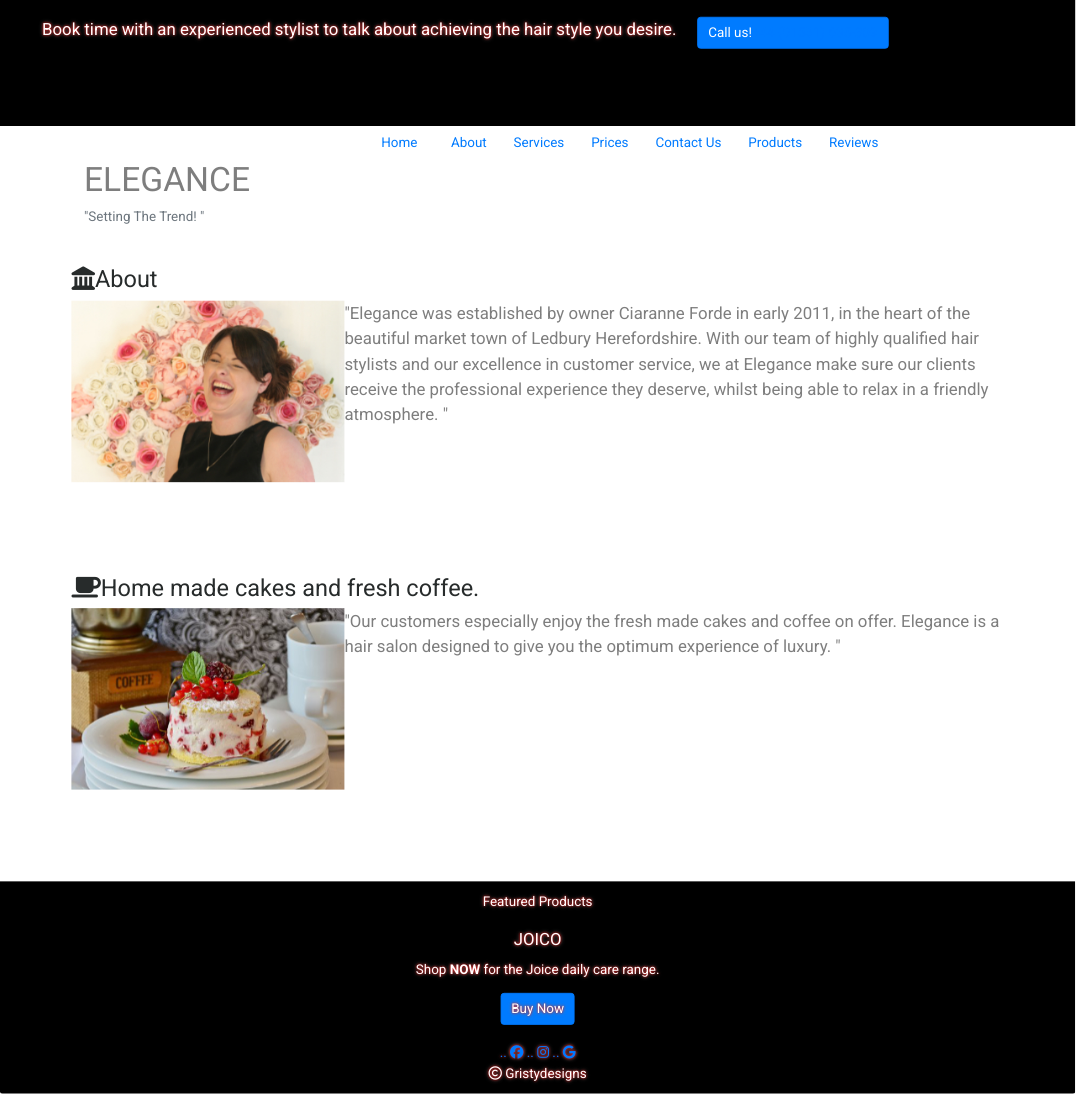
Repository: Gristydesigns/elegance-salon
Page: about.html
The author's editor kept a record of every edit. The page is drawn from the files as they stood at one moment, then again after the next edit.
The browser window is 1280 px wide. The page is 1295 px wide, so the pictures cover 1295 px, including what lies to the right of the window. The pictures show the whole page, at 84% of full size.
Some web libraries are served in a nearby version.

Above is the page before.
Console error: TypeError: Cannot read properties of undefined (reading 'fn')

### about.html
<!--About page------------------------->
<!DOCTYPE html>
<html lang="en">
<!--Head------------------------->

<head>
    <meta charset="UTF-8">
    <meta name="viewport" content="width=device-width, initial-scale=1.0">
    <meta http-equiv="X-UA-Compatible" content="ie=edge">
    <link rel="stylesheet" href="https://stackpath.bootstrapcdn.com/bootstrap/4.3.1/css/bootstrap.min.css" integrity="sha384-ggOyR0iXCbMQv3Xipma34MD+dH/1fQ784/j6cY/iJTQUOhcWr7x9JvoRxT2MZw1T" crossorigin="anonymous">
    <script src="https://stackpath.bootstrapcdn.com/bootstrap/4.3.1/js/bootstrap.min.js" integrity="sha384-JjSmVgyd0p3pXB1rRibZUAYoIIy6OrQ6VrjIEaFf/nJGzIxFDsf4x0xIM+B07jRM" crossorigin="anonymous"></script>
    <link href="https://fonts.googleapis.com/css?family=Roboto:400,700&display=swap" rel="stylesheet">
    <script src="https://kit.fontawesome.com/d13d47f9ca.js"></script>
    <link rel="stylesheet" href="assets/css/style.css" type="text/css" />
    <title>Elegance Hair Salon Ledbury</title>
</head>
<!--End------------------------->

<body>
    <header>
        <!--callout--------------->
        <section class="container-fluid call-to-action">
            <div class="row">
                <div class="col-12 col-md-10">
                    <button class="btn-spinner-grow btn-spinner-grow-sm btn btn-primary btn-md float-right role=" button " >Call us!<a href="tel:+44-1531-635-309 ">+44 (01531) 635-309</a></button>
                <p class="lead ">Book time with an experienced stylist  to talk about achieving the hair style you desire.</p>
                </div>
            </div>
        </section>
        <!--End------------------------->
        <!--Nav Bar--------------------->
        <section class="container-nav nav-bar ">
            <div class="row ">
                <div class="col-12 col-md-10 ">
                    <div class="nav navbar-light bg-light navbar-expand-sm nav-position left>
                    <a href=" # " class="navbar-salon "></a>
                    <button class="navbar-toggler mr-auto " type="button " data-toggle="collapse " data-target="#navbarNavDropdown " aria-controls="navbarNavDropdown " aria-expanded="false " aria-label="Toggle navigation ">
                                <span class="navbar-toggler-icon "></span></button>
                    <div class="collapse navbar-collapse " id="navbarNavDropdown ">

                        <ul class="nav nav-pills ml-auto ">
                            <li class="active nav-item mr-2 "><a class="nav-link Home " href="index.html ">Home</a>
                                <li class="nav-item "><a class="nav-link About " href="about.html ">About</a>
                                    <li class="nav-item "><a class="nav-link Services " href="services.html ">Services</a>
                                        <li class="nav-item "><a class="nav-link Prices " href="prices.html ">Prices</a>
                                            <li class="nav-item "><a class="nav-link Contact us " href="contact.html ">Contact Us</a>
                                                <li class="nav-item "><a class="nav-link Products " href="products.html ">Products</a>
                                                    <li class="nav-item "><a class="nav-link Reviews " href="reviews.html ">Reviews</a>
                        </ul>
                    </div>
                </div>
            </div>
            </div>
            </div>
            </div>
            <!--logo------------------------->
            <section class="container logo ">
                <div class=" col-12 col-md-4 ">
                    <h1>ELEGANCE</h1>
                    <p class="text-muted "><medium>"Setting The Trend! "</medium></p>
                </div>
                </div>
            </section>
            <!--End------------------------->


    </header>
    <!--End------------------------------>
    <!--feature space---------------------->
    <section class="headliners ">
        <div class="container headliner ">
            <!--feature article 1---------------------->
            <div class="row ">
                <div class="col 12  ">
                    <h3 class="text "><i class="fas fa-landmark"></i>About</h3>
                    <div class="media ">
                        <img class="wrap" src="image/background325.jpg " class="img-fluid rounded " alt="Responsive image photo of store owner Ciaranne ">
                    </div>
                     <blockquote class="blockquote ">
                        <p>"Elegance was established by owner Ciaranne Forde in early 2011, in the heart of the beautiful market town of Ledbury Herefordshire. With our team of highly qualified hair stylists and our excellence in customer service, we at
                            Elegance make sure our clients receive the professional experience they deserve, whilst being able to relax in a friendly atmosphere. "</p>
                </div>
                </blockquote>
            </div>
        </div>
        </div>
        </div>
        </div>
        </div>
        </div>
        <!--feature article 2---------------------->
        <div class="container headliner ">
            <div class="row ">
                <div class="col-12 ">
                    <h3 class="text "><i class="fas fa-coffee flexi-wrap "></i>Home made cakes and fresh coffee.</h3>
                    <div class="media ">
                        <img class="wrap" src="image/cake325.jpg " class="img-fluid rounded " alt="Responsive image image of delicious cakes">
                    </div>
                    <blockquote class="blockquote ">
                        <p> "Our customers especially enjoy the fresh made cakes and coffee on offer. Elegance is a hair salon designed to give you the optimum experience of luxury. "</p>
                    </blockquote>
                </div>
            </div>
        </div>
        </div>
        </div>
        </div>
        </div>
    </section>
    <!--End------------------------->
    <!--footer---------------------->
    <footer>
        <section class="card-footer ">
            <div class="container-fluid footer ">
                Featured Products
            </div>
            <div class="card-body ">
                <h5 class="card-title ">JOICO</h5>
                <p class="card-text ">Shop <strong>NOW</strong> for the Joice daily care range.</p>
                <a href="https://my-salon.shop/?salonname=Elegance&salonlocation=Ledbury " class="btn btn-primary ">Buy Now</a>
            </div>
            <div class="card">
                <div class "row  ">
                    <div class="col-12 ">
                        <a href="https://www.facebook.com/EleganceLedbury/">..
            <i class="fab fa-facebook"></i></a>
            <a href="https://www.instagram.com/eleganceledbury/">..
            <i class="fab fa-instagram "></i></a>
            <a href="https://elegance-hair-salon-hair-salon.business.site">..
            <i class=" fab fa-google"></i></a>
                    </div>
                </div>
            </div>
            <div class "row ">
                <div class="col-12 ">
                    <i class="far fa-copyright " 2019 Gristydesigns ">
                        </i>
                        Gristydesigns
                    </div>
                </div>
        </section>
        </footer>
        <script src="https://stackpath.bootstrapcdn.com/bootstrap/4.3.1/js/bootstrap.min.js " integrity="sha384-JjSmVgyd0p3pXB1rRibZUAYoIIy6OrQ6VrjIEaFf/nJGzIxFDsf4x0xIM+B07jRM " crossorigin="anonymous "></script>
        <script src="https://code.jquery.com/jquery-3.3.1.slim.min.js " integrity="sha384-q8i/X+965DzO0rT7abK41JStQIAqVgRVzpbzo5smXKp4YfRvH+8abtTE1Pi6jizo " crossorigin="anonymous "></script>
        <script src="https://cdnjs.cloudflare.com/ajax/libs/popper.js/1.14.7/umd/popper.min.js " integrity="sha384-UO2eT0CpHqdSJQ6hJty5KVphtPhzWj9WO1clHTMGa3JDZwrnQq4sF86dIHNDz0W1 " crossorigin="anonymous "></script>
</body>

</html>
<!--End------------------------->

### assets/css/style.css
@import url('https://fonts.googleapis.com/css?family=Roboto&display=swap 100,200,300,400,500,600,700|Exo 100,200,300,400,500,600,700');
/*---------------------------------colors */

body {
   font-family: 'Roboto', sans-serif;
   margin-left: 0;
  margin-right: 0;
  -webkit-background-size: cover;
  -moz-background-size: cover;
  -o-background-size: cover;
  background-size: cover;

}
/*---------------------------------call out */

.call-to-action {
    height:150px;
    width: 100%;
    background-color: black;
    font-size:20px;
    font-weight: 600px;
    color: #fff;
    text-align: left;
    padding-left:50px;
    padding-top: 20px;
    bottom:5px;
    text-shadow: 0 0 3px #FF0000, 0 0 5px #7e7e7e
   }

   .button {
       padding-top:5;
       padding-bottom:20px;
       padding-left: 5px;
      }
/*---------------------------------nav-container */
.navbar-collapse {
 background-color: #fff;
 padding-left:10px;
 }

/*---------------------------------Logo */
.logo {
    color:#7e7e7e;
    font-weight: 900px;
    text-shadow: 2px 2px 4px #25292A
    justify-content: left;
    padding-bottom: 30px;
    }
 /*---------------------------------headliner */
 .headliner {
     color:#272B2B;
     justify-content: center;
 }
 .blockquote {
     padding-left: 5px;
     padding-right: 5px;
     color: #7e7e7e;
     flex: nowrap;

 }
  /*---------------------------------feature space */
.media {
    height: 325px;
    flex: nowrap;
    width: 325px;
    text-align: right;
    float: left;
 }

.img-fluid {
    max-width: 50%;
    height: auto;
    padding-bottom: 5px;
    padding-right: 20px;

}

   /*---------------------------------Footer */
.card-footer {
    text-align: center;
    background-color: black;
    border-top: 1px solid rgba(0,0,0,.125);
    color: #fff;
    text-shadow: 0 0 3px #FF0000, 0 0 5px #7e7e7e

}
 .card-header {
    background-color:#7e7e7e;
    color:black;
   display: -moz-inline;
}

 .prices {
 color: #7e7e7e;
 background:black;
 padding-bottom: 30px;
 margin: 5px;
}
 /*---------------------------------contact card */
.contact-card {

   padding-bottom: 70px;
   color:#7e7e7e
   margin-bottom:100px;

}

.card {
    background-color: black;
    color:#7e7e7e;
    border-radius: .25rem;
    padding: 0;
}

.carousel-caption{
    color:black;
    text-shadow: 0 0 3px #FF0000, 0 0 5px #7e7e7e
}

After the next edit:
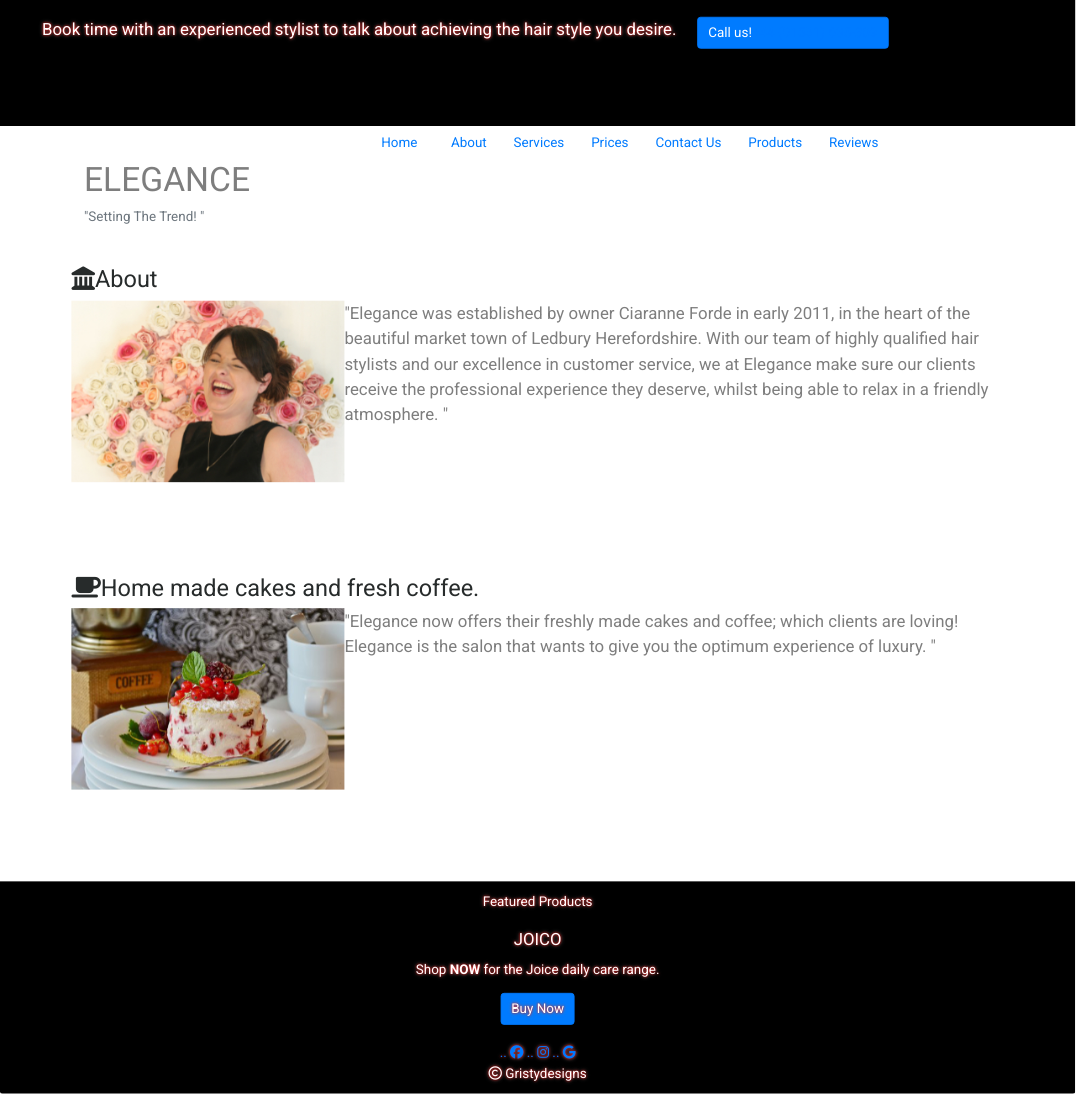
The edit:
--- a/about.html
+++ b/about.html
@@ -57,7 +57,9 @@
             <section class="container logo ">
                 <div class=" col-12 col-md-4 ">
                     <h1>ELEGANCE</h1>
-                    <p class="text-muted "><medium>"Setting The Trend! "</medium></p>
+                    <p class="text-muted ">
+                        <medium>"Setting The Trend! "</medium>
+                    </p>
                 </div>
                 </div>
             </section>
@@ -76,7 +78,7 @@
                     <div class="media ">
                         <img class="wrap" src="image/background325.jpg " class="img-fluid rounded " alt="Responsive image photo of store owner Ciaranne ">
                     </div>
-                     <blockquote class="blockquote ">
+                    <blockquote class="blockquote ">
                         <p>"Elegance was established by owner Ciaranne Forde in early 2011, in the heart of the beautiful market town of Ledbury Herefordshire. With our team of highly qualified hair stylists and our excellence in customer service, we at
                             Elegance make sure our clients receive the professional experience they deserve, whilst being able to relax in a friendly atmosphere. "</p>
                 </div>
@@ -97,7 +99,7 @@
                         <img class="wrap" src="image/cake325.jpg " class="img-fluid rounded " alt="Responsive image image of delicious cakes">
                     </div>
                     <blockquote class="blockquote ">
-                        <p> "Our customers especially enjoy the fresh made cakes and coffee on offer. Elegance is a hair salon designed to give you the optimum experience of luxury. "</p>
+                        <p> "Elegance now offers their freshly made cakes and coffee; which clients are loving! Elegance is the salon that wants to give you the optimum experience of luxury. "</p>
                     </blockquote>
                 </div>
             </div>
@@ -124,9 +126,9 @@
                     <div class="col-12 ">
                         <a href="https://www.facebook.com/EleganceLedbury/">..
             <i class="fab fa-facebook"></i></a>
-            <a href="https://www.instagram.com/eleganceledbury/">..
+                        <a href="https://www.instagram.com/eleganceledbury/">..
             <i class="fab fa-instagram "></i></a>
-            <a href="https://elegance-hair-salon-hair-salon.business.site">..
+                        <a href="https://elegance-hair-salon-hair-salon.business.site">..
             <i class=" fab fa-google"></i></a>
                     </div>
                 </div>
